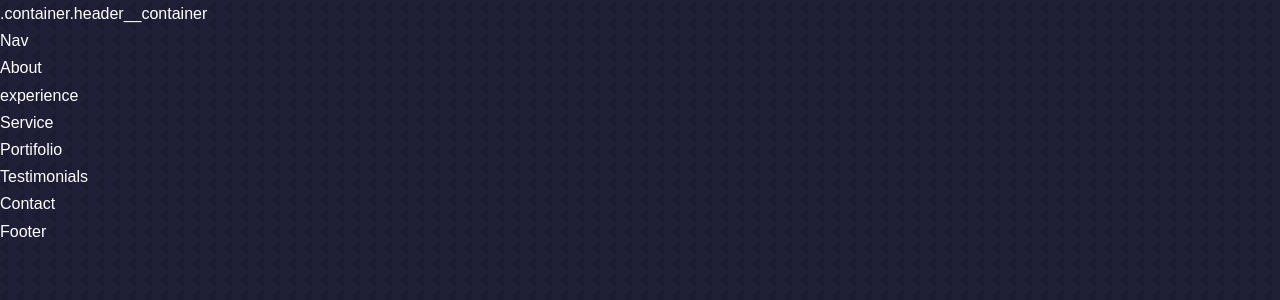
Repository: YuriSarmanho/Portifolio-
Page: / (app in portifolio/)
The author's editor kept a copy of each file at every save. The page is drawn from the files as they stood at one save, then again after a run of saves.
The browser window is 1280 px wide. The pictures show the whole page.
The project was rebuilt for these pictures with package versions that can differ from the ones it lists, and the page was loaded fresh each time. Also part of the build but not shown: portifolio/src/Components/Header/Header.css.

Above is the page before, as saved 2022-05-11 16:02:27.

### portifolio/public/index.html
<!DOCTYPE html>
<html lang="pt-br">
<head>
    <meta charset="UTF-8">
    <meta http-equiv="X-UA-Compatible" content="IE=edge">
    <meta name="viewport" content="width=device-width, initial-scale=1.0">
    <title>Yuri Sarmanho Monteiro</title>
</head>
<body>
    <div id="root"></div>
</body>
</html>

### portifolio/src/index.js
import ReactDOM from 'react-dom'
import App from './App'

ReactDOM.render(<App/>, document.querySelector("#root"))

### portifolio/src/App.jsx
import React from "react";
import './index.css'

import Header from "./Components/Header/Header";
import About from "./Components/About/About";
import Contact from "./Components/Contact/Contact";
import Experience from "./Components/Experience/Experience";
import Footer from "./Components/Footer/Footer";
import Nav from "./Components/Nav/Nav";
import Testimonials from "./Components/Testimonials/Testimonials";
import Service from "./Components/Service/Service";
import Portifolio from "./Components/Portifolio/Portifolio";



const App = () => {
  return (
    <>
      <Header />
      <Nav/>
      <About />
      <Experience/>
      <Service/>
      <Portifolio/>
      <Testimonials/>
      <Contact/>
      <Footer/>
    </>
  );
};

export default App;

### portifolio/src/index.css
* {
  margin: 0;
  padding: 0;
  border: 0;
  outline: 0;
  box-sizing: border-box;
  list-style: none;
  text-decoration: none;
}
:root {
  --color-bg: #1f1f38;
  --color-bg-variant: #2c2c6c;
  --color-primary: #4db5ff;
  --color-primary-variant: rgba(77, 181, 255, 0.4);
  --color-white: #fff;
  --color-light: rgba(255, 255, 255, 0.6);

  --transition: all 400ms ease;

  --container-width-lg: 75%;
  --container-width-md: 86%;
  --container-width-sm: 90%;
}
html {
  scroll-behavior: smooth;
}
::-webkit-scrollbar {
  display: none;
}

body {
  font-family: "Poppins", sans-serif;
  background-color: var(--color-bg);
  color: var(--color-white);
  line-height: 1.7;
  background-image: url(../src/assets/bg-texture.png);
}

.container {
  width: var(--container-width-lg);
  margin: 0 auto;
}

h1,
h2,
h3,
h4,
h5 {
  font-weight: 500;
}
h1 {
  font-size: 2.5rem;
}
section {
  margin-top: 8rem;
}
section > h2,
section > h5 {
  text-align: center;
  color: var(--color-ligth);
}

section > h2 {
  color: var(--color-primary);
  margin-bottom: 3rem;
}

.text-light {
  color: var(--color-light);
}
a {
  color: var(--color-primary);
  transition: var(--transition);
}
a:hover{
    color: var(--color-white);
}
.btn{
    width: max-content;
    display: inline-block;
    color: var(--color-primary);
    padding: 0.75rem 1.2rem;
    border-radius: 0.4rem;
    cursor: pointer;
    border: 1px solid var(--color-primary);
    transition: var(--transition);
}

.btn:hover{
    background-color: var(--color-white);
    color: var(--color-bg);
    border: transparent;
}

.btn-primary{
    background-color: var(--color-primary);
    width: 100%;
     object-fit: cover;
}

/*MEDIUM DEVICE*/
@media screen and (max-width:1024px){
    .container{
        width: var(--container-width-md);
    }
    section{
        margin-top: 6rem;
    }
}

/*SMALL DEVICE*/
@media screen and (max-width:600px){
    .container{
        width: var(--container-width-sm);
    }
    section > h2{
        margin-bottom: 2rem;
    }
}

### portifolio/src/Components/Header/Header.jsx
import React from 'react'
import './Header.css'
const header = () => {
  return (
    <header>
      .container.header__container
    </header>
  )
}

export default header

### portifolio/src/Components/Experience/Experience.jsx
import React from 'react'

const experience = () => {
  return (
    <div>experience</div>
  )
}

export default experience

### portifolio/src/Components/Portifolio/Portifolio.jsx
import React from 'react'

const Portifolio = () => {
  return (
    <div>Portifolio</div>
  )
}

export default Portifolio

Loaded but not shown: portifolio/src/Components/About/About.jsx (common file); portifolio/src/Components/Contact/Contact.jsx (common file); portifolio/src/Components/Footer/Footer.jsx (common file); portifolio/src/Components/Nav/Nav.jsx (common file); portifolio/src/Components/Testimonials/Testimonials.jsx (common file); portifolio/src/Components/Service/Service.jsx (common file); portifolio/src/Components/Header/Header.css (no copy from this time; the picture is the same without it)

After the next 2 saves:
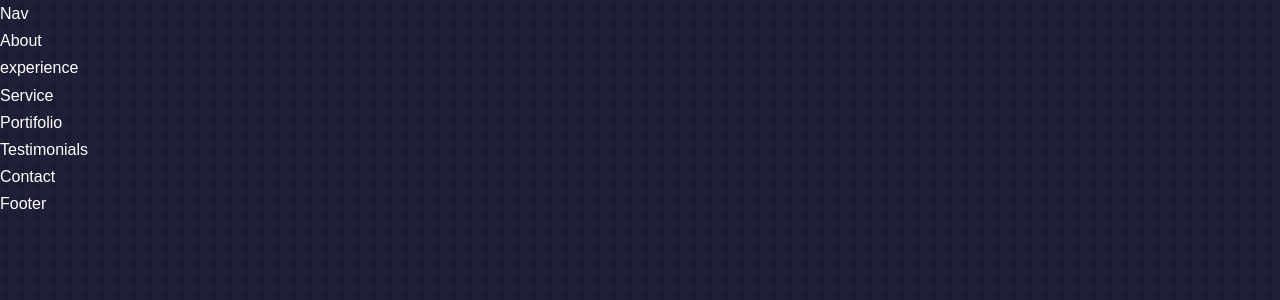
The 2 saves are shown as one change because they came seconds apart.
The last was saved 5 s later.
--- a/portifolio/src/Components/Header/Header.jsx
+++ b/portifolio/src/Components/Header/Header.jsx
@@ -3,7 +3,9 @@
 const header = () => {
   return (
     <header>
-      .container.header__container
+      <div className="container header__container">
+
+      </div>
     </header>
   )
 }
